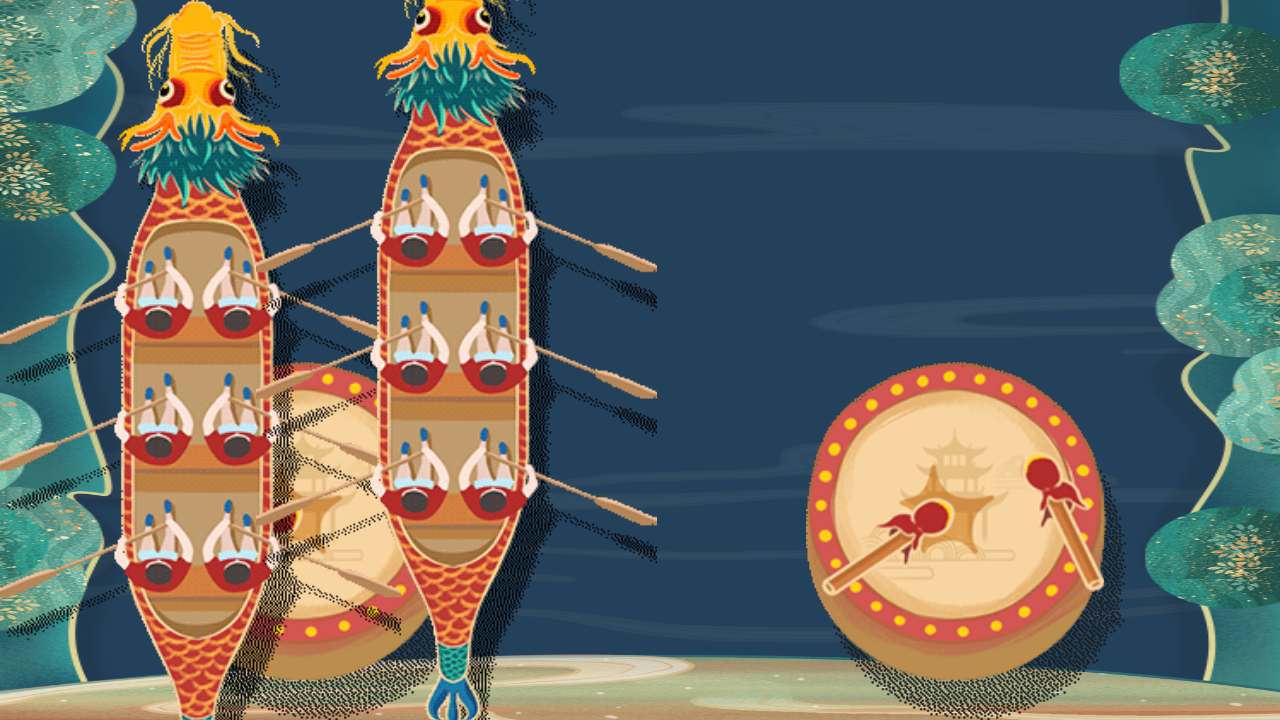
Repository: liushiwei151/hhl_dragon_boat_festival
Page: /Game
These files come from the project's save history. The page is drawn as it stood at one moment and after the next save; the edit follows.
The browser window is 1280 px wide. The pictures show the whole page.
An inner scrolling area shows only its first screen. The project was rebuilt for these pictures with package versions that can differ from the ones it lists, and the page was loaded fresh each time. Also part of the build but not shown: vue.config.js, src/views/Home.vue.

Above is the page before, as saved 2020-06-05 17:09:27.

After the next save:
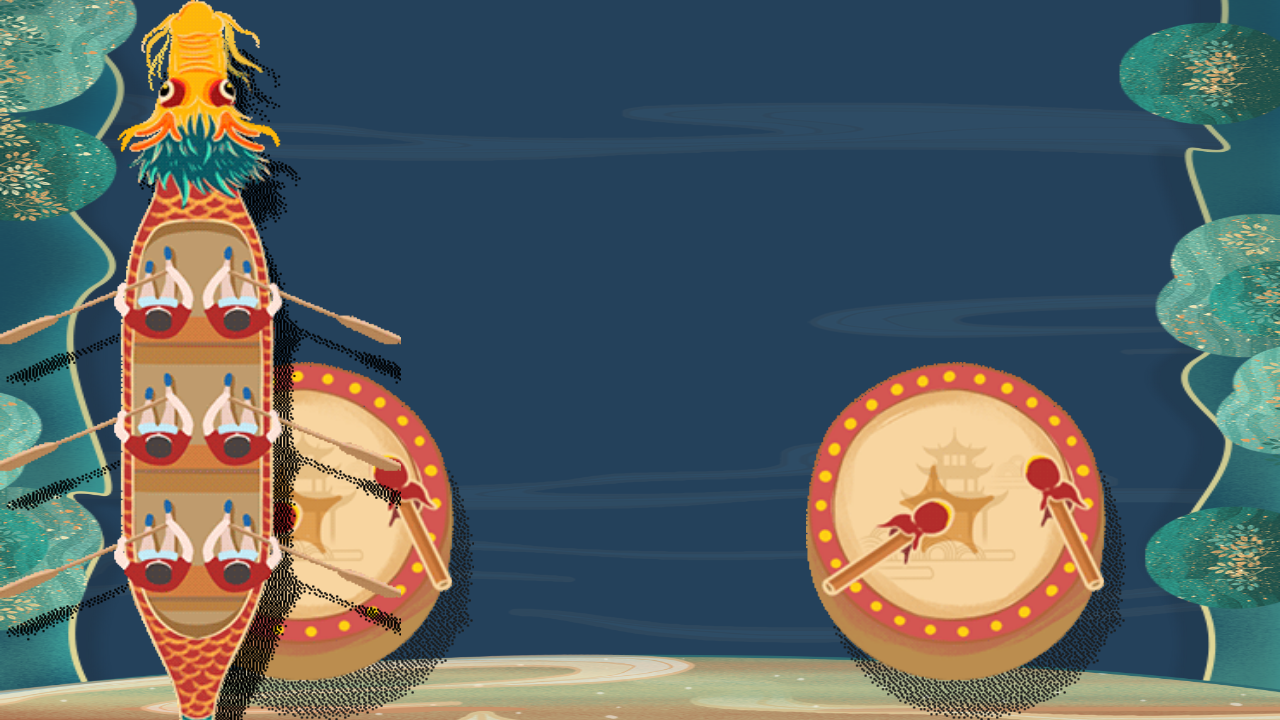
Saved 19 s later.
--- a/src/views/Game.vue
+++ b/src/views/Game.vue
@@ -148,8 +148,6 @@ export default class Game extends Vue {
       background-position: 0 0;
       animation: play 0.5s steps(3) infinite;
       position: absolute;
-      bottom: 10vh;
-      left: 20vw;
     }
   }
   .fixedBG {
